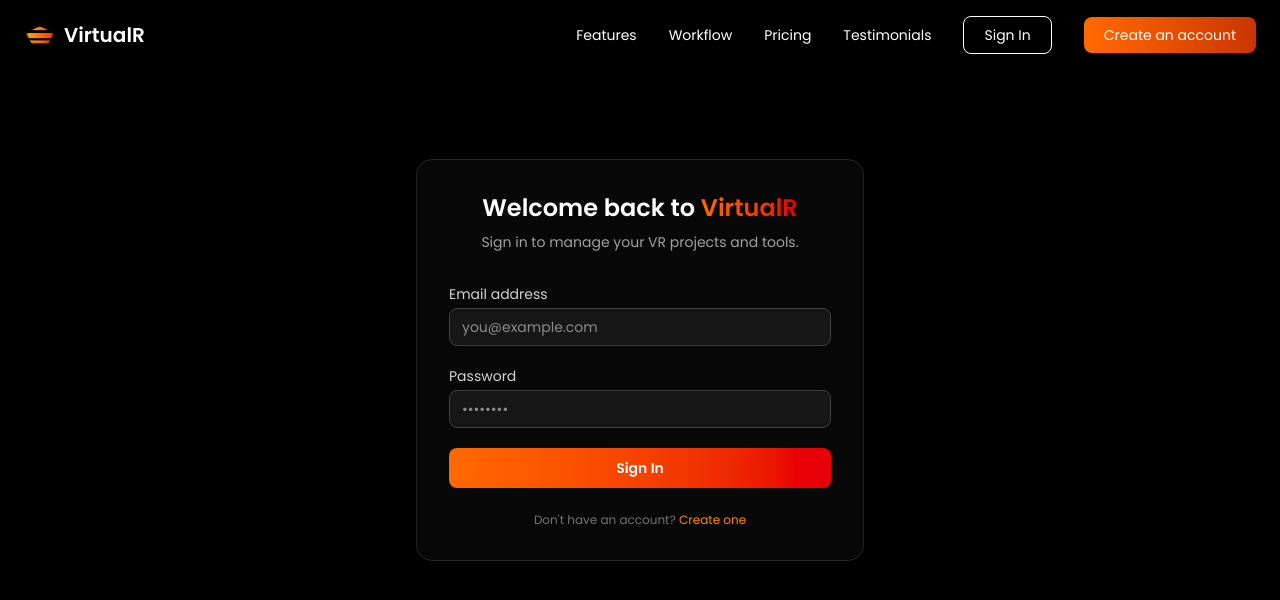
Repository: Khushichugh14/Virtualab
Page: /signin
These files come from the project's save history. The page is drawn as it stood at one moment and after the next save; the edit follows.
The browser window is 1280 px wide. The pictures show the whole page.
The project was rebuilt for these pictures with package versions that can differ from the ones it lists, and the page was loaded fresh each time. Also part of the build but not shown: vite.config.js, src/pages/StartFree.jsx, src/pages/Documentation.jsx, src/pages/CreatAccount.jsx, src/components/HeroSection.jsx, src/components/FeatureSection.jsx, src/components/Workflow.jsx, src/components/Pricing.jsx and 3 more. Imported but missing from the stored project, and not drawn on this page: src/assets/video1.mp4, src/assets/video2.mp4.

Above is the page before, as saved 2025-12-10 12:11:28.

### index.html
<!doctype html>
<html lang="en">
  <head>
    <meta charset="UTF-8" />
    <link rel="icon" type="image/svg+xml" href="/vite.svg" />
    <meta name="viewport" content="width=device-width, initial-scale=1.0" />
    <title>virtular</title>
  </head>
  <body>
    <div id="root"></div>
    <script type="module" src="/src/main.jsx"></script>
  </body>
</html>

### src/main.jsx
import React from "react";
import ReactDOM from "react-dom/client";
import App from "./App";
import { BrowserRouter } from "react-router-dom";
import "./index.css";
import { Toaster } from "react-hot-toast";

ReactDOM.createRoot(document.getElementById("root")).render(
  <React.StrictMode>
    <BrowserRouter>
      <App />
       <Toaster position="top-right" />
    </BrowserRouter>
  </React.StrictMode>
);

### src/App.jsx
// App.jsx
import Navbar from "./components/Navbar";

import StartFree from "./pages/StartFree";
import Documentation from "./pages/Documentation";
import CreateAccount from "./pages/CreatAccount";
import SignIn from "./pages/SignIn";

import { Routes, Route } from "react-router-dom";
import HomePage from "./pages/HomePage";

const App = () => {
  return (
    <>
      <Navbar />

      <Routes>
        {/* Landing page */}
        <Route path="/" element={<HomePage />} />

        {/* Other pages */}
        <Route path="/start-free" element={<StartFree />} />
        <Route path="/documentation" element={<Documentation />} />
        <Route path="/create-account" element={<CreateAccount />} />
        <Route path="/signin" element={<SignIn />} />
      </Routes>
    </>
  );
};

export default App;

### src/index.css
@import url('https://fonts.googleapis.com/css2?family=Poppins:ital,wght@0,100;0,200;0,300;0,400;0,500;0,600;0,700;0,800;0,900;1,100;1,200;1,300;1,400;1,500;1,600;1,700;1,800;1,900&display=swap');

@import "tailwindcss";

:root {
  font-family: "Poppins", sans-serif;
  color-scheme: dark;
}

### src/components/Navbar.jsx
import { Menu, X } from "lucide-react";
import { useState, useEffect } from "react";
import logo from "../assets/logo.png";
import { navItems } from "../constants";
import { Link, useNavigate } from "react-router-dom";

const Navbar = () => {
  const [isMenuOpen, setIsMenuOpen] = useState(false);
  const [isLoggedIn, setIsLoggedIn] = useState(false);
  const navigate = useNavigate();

  // check login once when navbar mounts
  useEffect(() => {
    const user = localStorage.getItem("user");
    setIsLoggedIn(!!user);
  }, []);

  const handleLogout = () => {
    // only clear login session
    localStorage.removeItem("user");
    setIsLoggedIn(false);
    navigate("/signin");
  };

  const handleNavClick = (href) => {
    // close mobile menu when clicking any nav item
    setIsMenuOpen(false);

    // section links like "#features"
    if (href.startsWith("#")) {
      // make sure we are on homepage so sections exist
      navigate("/");

      // wait for page render then scroll
      setTimeout(() => {
        const id = href.slice(1);
        const el = document.getElementById(id);
        if (el) {
          el.scrollIntoView({ behavior: "smooth" });
        }
      }, 0);
      return;
    }

    // normal route (e.g. /start-free, /docs)
    navigate(href);
  };

  return (
    <nav className="fixed top-0 w-full z-50 bg-black text-white shadow-md">
      <div className="max-w-7xl mx-auto flex justify-between items-center py-4 px-6">
        {/* Logo */}
        <Link to="/" className="flex items-center gap-2">
          <img src={logo} alt="logo" className="h-8" />
          <span className="text-xl font-semibold">VirtualR</span>
        </Link>

        {/* Desktop menu */}
        <div className="hidden md:flex items-center gap-8">
          {navItems.map((item) => (
            <button
              key={item.href}
              onClick={() => handleNavClick(item.href)}
              className="hover:text-orange-400 transition text-sm"
            >
              {item.label}
            </button>
          ))}

          {!isLoggedIn ? (
            <>
              <button
                onClick={() => navigate("/signin")}
                className="px-5 py-2 border border-white rounded-lg hover:bg-white hover:text-black transition text-sm"
              >
                Sign In
              </button>

              <button
                onClick={() => navigate("/create-account")}
                className="px-5 py-2 bg-gradient-to-r from-orange-500 to-orange-700 rounded-lg text-sm"
              >
                Create an account
              </button>
            </>
          ) : (
            <button
              onClick={handleLogout}
              className="px-5 py-2 border border-red-500 text-red-400 hover:bg-red-600 hover:text-white rounded-lg transition text-sm"
            >
              Logout
            </button>
          )}
        </div>

        {/* Mobile menu toggle */}
        <button
          className="md:hidden inline-flex items-center justify-center p-2 rounded-md border border-neutral-700"
          onClick={() => setIsMenuOpen((prev) => !prev)}
          aria-label="Toggle navigation"
        >
          {isMenuOpen ? <X size={20} /> : <Menu size={20} />}
        </button>
      </div>

      {/* Mobile dropdown */}
      {isMenuOpen && (
        <div className="md:hidden border-t border-neutral-800 bg-black">
          <div className="px-6 py-4 flex flex-col gap-4">
            {navItems.map((item) => (
              <button
                key={item.href}
                onClick={() => handleNavClick(item.href)}
                className="text-left w-full hover:text-orange-400 transition text-sm"
              >
                {item.label}
              </button>
            ))}

            {!isLoggedIn ? (
              <>
                <button
                  onClick={() => handleNavClick("/signin")}
                  className="mt-2 w-full px-5 py-2 border border-white rounded-lg hover:bg-white hover:text-black transition text-sm"
                >
                  Sign In
                </button>
                <button
                  onClick={() => handleNavClick("/create-account")}
                  className="w-full px-5 py-2 bg-gradient-to-r from-orange-500 to-orange-700 rounded-lg text-sm"
                >
                  Create an account
                </button>
              </>
            ) : (
              <button
                onClick={handleLogout}
                className="mt-2 w-full px-5 py-2 border border-red-500 text-red-400 hover:bg-red-600 hover:text-white rounded-lg transition text-sm"
              >
                Logout
              </button>
            )}
          </div>
        </div>
      )}
    </nav>
  );
};

export default Navbar;

### src/pages/SignIn.jsx
import { useState } from "react";
import { NavLink, useNavigate } from "react-router-dom";
import toast from "react-hot-toast";

const ACCOUNT_KEY = "virtualrAccount";
const SESSION_KEY = "virtualrSession";

const SignIn = () => {
  const [formData, setFormData] = useState({ email: "", password: "" });
  const [errors, setErrors] = useState({});
  const [isLoading, setIsLoading] = useState(false);
  const navigate = useNavigate();

  const handleChange = (e) => {
    const { name, value } = e.target;
    setFormData((prev) => ({ ...prev, [name]: value }));
    setErrors((prev) => ({ ...prev, [name]: "" }));
  };

  const validate = () => {
    const newErrors = {};

    if (!formData.email.trim()) {
      newErrors.email = "Email is required";
    } else if (!/^[^\s@]+@[^\s@]+\.[^\s@]+$/.test(formData.email)) {
      newErrors.email = "Enter a valid email";
    }

    if (!formData.password) {
      newErrors.password = "Password is required";
    } else if (formData.password.length < 6) {
      newErrors.password = "Password must be at least 6 characters";
    }

    setErrors(newErrors);
    return Object.keys(newErrors).length === 0;
  };

  const handleSubmit = (e) => {
    e.preventDefault();

    if (!validate()) {
      toast.error("Fix the errors and try again.");
      return;
    }

    setIsLoading(true);

    setTimeout(() => {
      const storedAccount = JSON.parse(localStorage.getItem(ACCOUNT_KEY));

      if (!storedAccount) {
        toast.error("No account found. Please create one.");
        setIsLoading(false);
        return;
      }

      if (
        storedAccount.email === formData.email &&
        storedAccount.password === formData.password
      ) {
        // create login session
        localStorage.setItem(
          SESSION_KEY,
          JSON.stringify({ email: storedAccount.email })
        );

        toast.success("Logged in successfully!");
        navigate("/");
      } else {
        toast.error("Invalid email or password");
      }

      setIsLoading(false);
    }, 800);
  };
  return (
    <div className="min-h-screen bg-black flex items-center justify-center px-4">
      <div className="w-full max-w-md rounded-2xl border border-neutral-800 bg-neutral-950/80 p-8 shadow-xl">
        <h2 className="text-2xl sm:3xl font-semibold text-center">
          Welcome back to{" "}
          <span className="bg-gradient-to-r from-orange-500 to-red-600 text-transparent bg-clip-text">
            VirtualR
          </span>
        </h2>
        <p className="mt-2 text-center text-neutral-400 text-sm">
          Sign in to manage your VR projects and tools.
        </p>

        <form onSubmit={handleSubmit} className="mt-8 space-y-5">
          <div>
            <label className="block text-sm text-neutral-300 mb-1">
              Email address
            </label>
            <input
              type="email"
              name="email"
              className="w-full rounded-lg border border-neutral-700 bg-neutral-900 px-3 py-2 text-sm outline-none focus:border-orange-500"
              placeholder="you@example.com"
              value={formData.email}
              onChange={handleChange}
            />
            {errors.email && (
              <p className="mt-1 text-xs text-red-400">{errors.email}</p>
            )}
          </div>

          <div>
            <label className="block text-sm text-neutral-300 mb-1">
              Password
            </label>
            <input
              type="password"
              name="password"
              className="w-full rounded-lg border border-neutral-700 bg-neutral-900 px-3 py-2 text-sm outline-none focus:border-orange-500"
              placeholder="••••••••"
              value={formData.password}
              onChange={handleChange}
            />
            {errors.password && (
              <p className="mt-1 text-xs text-red-400">{errors.password}</p>
            )}
          </div>

          <button
            type="submit"
            disabled={isLoading}
            className="mt-4 w-full flex items-center justify-center gap-2 rounded-lg bg-gradient-to-r from-orange-500 to-red-600 py-2.5 text-sm font-semibold hover:scale-[1.02] transition-transform disabled:opacity-60 disabled:cursor-not-allowed"
          >
            {isLoading && (
              <span className="h-4 w-4 border-2 border-white/70 border-t-transparent rounded-full animate-spin" />
            )}
            {isLoading ? "Signing in..." : "Sign In"}
          </button>
        </form>

        <p className="mt-6 text-center text-xs text-neutral-500">
          Don&apos;t have an account?{" "}
          <NavLink to="/create-account" className="text-orange-400 hover:underline">
            Create one
          </NavLink>
        </p>
      </div>
    </div>
  );
};

export default SignIn;

### src/constants/index.jsx

import { BotMessageSquare } from "lucide-react";
import { BatteryCharging } from "lucide-react";
import { Fingerprint } from "lucide-react";
import { ShieldHalf } from "lucide-react";
import { PlugZap } from "lucide-react";
import { GlobeLock } from "lucide-react";

import user1 from "../assets/profile-pictures/user1.jpg";
import user2 from "../assets/profile-pictures/user2.jpg";
import user3 from "../assets/profile-pictures/user3.jpg";
import user4 from "../assets/profile-pictures/user4.jpg";
import user5 from "../assets/profile-pictures/user5.jpg";
import user6 from "../assets/profile-pictures/user6.jpg";

export const navItems = [
  { label: "Features", id: "featuresection" },
  { label: "Workflow", id: "workflow" },
  { label: "Pricing", id: "pricing" },
  { label: "Testimonials", id: "testimonials" },
];



export const testimonials = [
  {
    user: "John Doe",
    company: "Stellar Solutions",
    image: user1,
    text: "I am extremely satisfied with the services provided. The team was responsive, professional, and delivered results beyond my expectations.",
  },
  {
    user: "Jane Smith",
    company: "Blue Horizon Technologies",
    image: user2,
    text: "I couldn't be happier with the outcome of our project. The team's creativity and problem-solving skills were instrumental in bringing our vision to life",
  },
  {
    user: "David Johnson",
    company: "Quantum Innovations",
    image: user3,
    text: "Working with this company was a pleasure. Their attention to detail and commitment to excellence are commendable. I would highly recommend them to anyone looking for top-notch service.",
  },
  {
    user: "Ronee Brown",
    company: "Fusion Dynamics",
    image: user4,
    text: "Working with the team at XYZ Company was a game-changer for our project. Their attention to detail and innovative solutions helped us achieve our goals faster than we thought possible. We are grateful for their expertise and professionalism!",
  },
  {
    user: "Michael Wilson",
    company: "Visionary Creations",
    image: user5,
    text: "I am amazed by the level of professionalism and dedication shown by the team. They were able to exceed our expectations and deliver outstanding results.",
  },
  {
    user: "Emily Davis",
    company: "Synergy Systems",
    image: user6,
    text: "The team went above and beyond to ensure our project was a success. Their expertise and dedication are unmatched. I look forward to working with them again in the future.",
  },
];

export const features = [
  {
    icon: <BotMessageSquare />,
    text: "Drag-and-Drop Interface",
    description:
      "Easily design and arrange your VR environments with a user-friendly drag-and-drop interface.",
  },
  {
    icon: <Fingerprint />,
    text: "Multi-Platform Compatibility",
    description:
      "Build VR applications that run seamlessly across multiple platforms, including mobile, desktop, and VR headsets.",
  },
  {
    icon: <ShieldHalf />,
    text: "Built-in Templates",
    description:
      "Jumpstart your VR projects with a variety of built-in templates for different types of applications and environments.",
  },
  {
    icon: <BatteryCharging />,
    text: "Real-Time Preview",
    description:
      "Preview your VR application in real-time as you make changes, allowing for quick iterations and adjustments.",
  },
  {
    icon: <PlugZap />,
    text: "Collaboration Tools",
    description:
      "Work together with your team in real-time on VR projects, enabling seamless collaboration and idea sharing.",
  },
  {
    icon: <GlobeLock />,
    text: "Analytics Dashboard",
    description:
      "Gain valuable insights into user interactions and behavior within your VR applications with an integrated analytics dashboard.",
  },
];

export const checklistItems = [
  {
    title: "Code merge made easy",
    description:
      "Track the performance of your VR apps and gain insights into user behavior.",
  },
  {
    title: "Review code without worry",
    description:
      "Track the performance of your VR apps and gain insights into user behavior.",
  },
  {
    title: "AI Assistance to reduce time",
    description:
      "Track the performance of your VR apps and gain insights into user behavior.",
  },
  {
    title: "Share work in minutes",
    description:
      "Track the performance of your VR apps and gain insights into user behavior.",
  },
];

export const pricingOptions = [
  {
    title: "Free",
    price: "$0",
    features: [
      "Private board sharing",
      "5 Gb Storage",
      "Web Analytics",
      "Private Mode",
    ],
  },
  {
    title: "Pro",
    price: "$10",
    features: [
      "Private board sharing",
      "10 Gb Storage",
      "Web Analytics (Advance)",
      "Private Mode",
    ],
  },
  {
    title: "Enterprise",
    price: "$200",
    features: [
      "Private board sharing",
      "Unlimited Storage",
      "High Performance Network",
      "Private Mode",
    ],
  },
];

export const resourcesLinks = [
  { href: "#", text: "Getting Started" },
  { href: "#", text: "Documentation" },
  { href: "#", text: "Tutorials" },
  { href: "#", text: "API Reference" },
  { href: "#", text: "Community Forums" },
];

export const platformLinks = [
  { href: "#", text: "Features" },
  { href: "#", text: "Supported Devices" },
  { href: "#", text: "System Requirements" },
  { href: "#", text: "Downloads" },
  { href: "#", text: "Release Notes" },
];

export const communityLinks = [
  { href: "#", text: "Events" },
  { href: "#", text: "Meetups" },
  { href: "#", text: "Conferences" },
  { href: "#", text: "Hackathons" },
  { href: "#", text: "Jobs" },
];

After the next save:
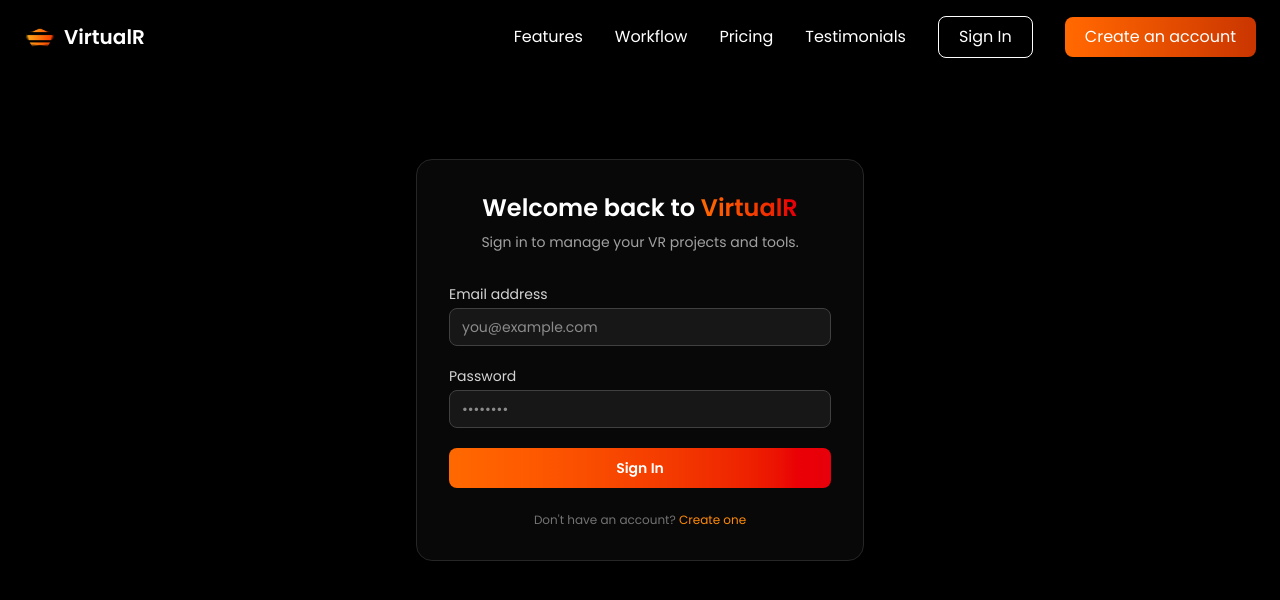
Saved 3 min 21 s later.
--- a/src/components/Navbar.jsx
+++ b/src/components/Navbar.jsx
@@ -9,41 +9,16 @@ const Navbar = () => {
   const [isLoggedIn, setIsLoggedIn] = useState(false);
   const navigate = useNavigate();
 
-  // check login once when navbar mounts
+  // Check login status on initial load
   useEffect(() => {
     const user = localStorage.getItem("user");
     setIsLoggedIn(!!user);
   }, []);
 
   const handleLogout = () => {
-    // only clear login session
     localStorage.removeItem("user");
     setIsLoggedIn(false);
     navigate("/signin");
-  };
-
-  const handleNavClick = (href) => {
-    // close mobile menu when clicking any nav item
-    setIsMenuOpen(false);
-
-    // section links like "#features"
-    if (href.startsWith("#")) {
-      // make sure we are on homepage so sections exist
-      navigate("/");
-
-      // wait for page render then scroll
-      setTimeout(() => {
-        const id = href.slice(1);
-        const el = document.getElementById(id);
-        if (el) {
-          el.scrollIntoView({ behavior: "smooth" });
-        }
-      }, 0);
-      return;
-    }
-
-    // normal route (e.g. /start-free, /docs)
-    navigate(href);
   };
 
   return (
@@ -55,90 +30,97 @@ const Navbar = () => {
           <span className="text-xl font-semibold">VirtualR</span>
         </Link>
 
-        {/* Desktop menu */}
+        {/* Desktop Menu */}
         <div className="hidden md:flex items-center gap-8">
           {navItems.map((item) => (
-            <button
+            <a
               key={item.href}
-              onClick={() => handleNavClick(item.href)}
-              className="hover:text-orange-400 transition text-sm"
+              href={item.href} // expects '#features', '#workflow', etc.
+              className="hover:text-orange-400 transition"
             >
               {item.label}
-            </button>
+            </a>
           ))}
 
-          {!isLoggedIn ? (
-            <>
-              <button
-                onClick={() => navigate("/signin")}
-                className="px-5 py-2 border border-white rounded-lg hover:bg-white hover:text-black transition text-sm"
-              >
-                Sign In
-              </button>
-
-              <button
-                onClick={() => navigate("/create-account")}
-                className="px-5 py-2 bg-gradient-to-r from-orange-500 to-orange-700 rounded-lg text-sm"
-              >
-                Create an account
-              </button>
-            </>
-          ) : (
+          {/* Auth buttons */}
+          {isLoggedIn ? (
             <button
               onClick={handleLogout}
-              className="px-5 py-2 border border-red-500 text-red-400 hover:bg-red-600 hover:text-white rounded-lg transition text-sm"
+              className="px-5 py-2 border border-red-500 text-red-400 hover:bg-red-600 hover:text-white rounded-lg transition"
             >
               Logout
             </button>
+          ) : (
+            <>
+              <Link
+                to="/signin"
+                className="px-5 py-2 border border-white rounded-lg hover:bg-white hover:text-black transition"
+              >
+                Sign In
+              </Link>
+
+              <Link
+                to="/create-account"
+                className="px-5 py-2 bg-gradient-to-r from-orange-500 to-orange-700 rounded-lg"
+              >
+                Create an account
+              </Link>
+            </>
           )}
         </div>
 
         {/* Mobile menu toggle */}
         <button
-          className="md:hidden inline-flex items-center justify-center p-2 rounded-md border border-neutral-700"
+          className="md:hidden inline-flex items-center justify-center rounded-md p-2 focus:outline-none"
           onClick={() => setIsMenuOpen((prev) => !prev)}
           aria-label="Toggle navigation"
         >
-          {isMenuOpen ? <X size={20} /> : <Menu size={20} />}
+          {isMenuOpen ? <X size={24} /> : <Menu size={24} />}
         </button>
       </div>
 
-      {/* Mobile dropdown */}
+      {/* Mobile Menu */}
       {isMenuOpen && (
-        <div className="md:hidden border-t border-neutral-800 bg-black">
-          <div className="px-6 py-4 flex flex-col gap-4">
+        <div className="md:hidden border-t border-neutral-800 bg-black px-6 pb-4">
+          <div className="flex flex-col gap-4 mt-4">
             {navItems.map((item) => (
-              <button
+              <a
                 key={item.href}
-                onClick={() => handleNavClick(item.href)}
-                className="text-left w-full hover:text-orange-400 transition text-sm"
+                href={item.href}
+                className="hover:text-orange-400 transition"
+                onClick={() => setIsMenuOpen(false)}
               >
                 {item.label}
-              </button>
+              </a>
             ))}
 
-            {!isLoggedIn ? (
-              <>
-                <button
-                  onClick={() => handleNavClick("/signin")}
-                  className="mt-2 w-full px-5 py-2 border border-white rounded-lg hover:bg-white hover:text-black transition text-sm"
-                >
-                  Sign In
-                </button>
-                <button
-                  onClick={() => handleNavClick("/create-account")}
-                  className="w-full px-5 py-2 bg-gradient-to-r from-orange-500 to-orange-700 rounded-lg text-sm"
-                >
-                  Create an account
-                </button>
-              </>
-            ) : (
+            {isLoggedIn ? (
               <button
-                onClick={handleLogout}
-                className="mt-2 w-full px-5 py-2 border border-red-500 text-red-400 hover:bg-red-600 hover:text-white rounded-lg transition text-sm"
+                className="mt-2 px-4 py-2 border border-red-500 text-red-400 rounded-lg"
+                onClick={() => {
+                  handleLogout();
+                  setIsMenuOpen(false);
+                }}
               >
                 Logout
               </button>
+            ) : (
+              <>
+                <Link
+                  to="/signin"
+                  className="mt-2 px-4 py-2 border border-white rounded-lg text-center"
+                  onClick={() => setIsMenuOpen(false)}
+                >
+                  Sign In
+                </Link>
+                <Link
+                  to="/create-account"
+                  className="mt-2 px-4 py-2 bg-gradient-to-r from-orange-500 to-orange-700 rounded-lg text-center"
+                  onClick={() => setIsMenuOpen(false)}
+                >
+                  Create an account
+                </Link>
+              </>
             )}
           </div>
         </div>
